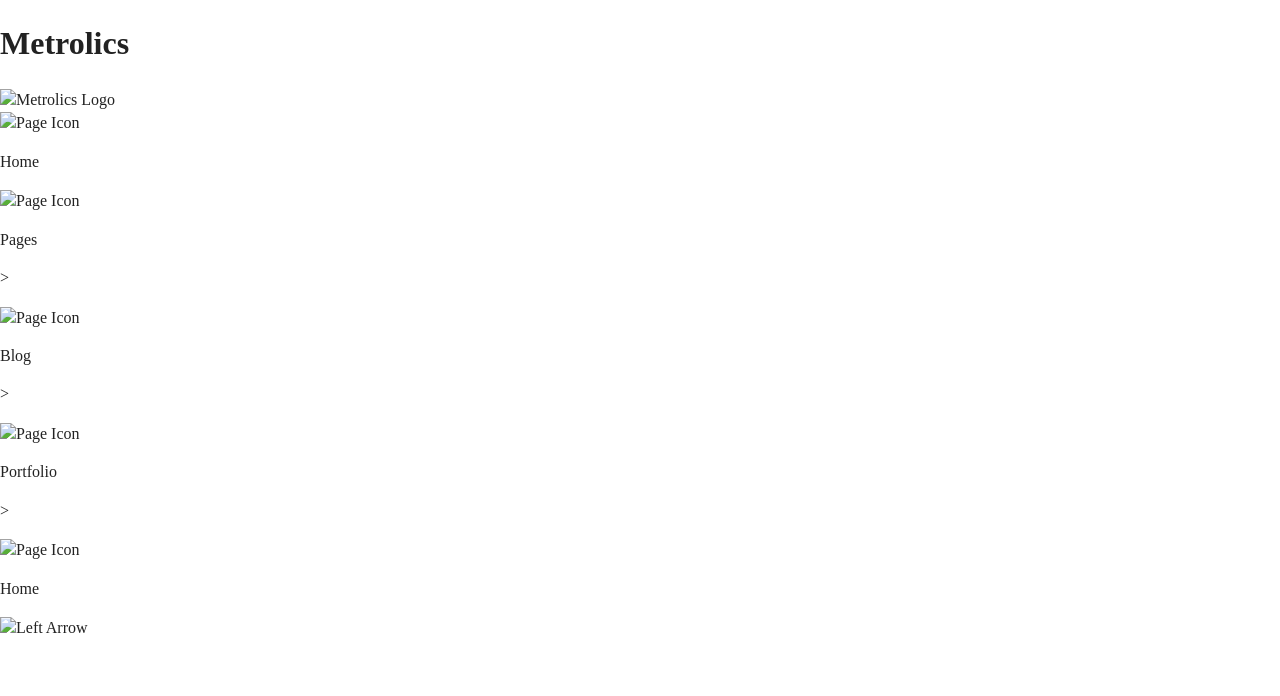
Repository: wilyyy/metrolics
Page: index.html
These files come from the project's save history. The page is drawn as it stood at one moment and after the next save; the edit follows.
The browser window is 1280 px wide. The pictures show the whole page.

Above is the page before, as saved 2021-01-26 22:42:27.

### index.html
<!doctype html>
<html class="no-js" lang="">

<head>
  <meta charset="utf-8">
  <title>Home - Metrolics</title>
  <meta name="description" content="">
  <meta name="viewport" content="width=device-width, initial-scale=1">

  <meta property="og:title" content="">
  <meta property="og:type" content="">
  <meta property="og:url" content="">
  <meta property="og:image" content="">

  <link rel="manifest" href="site.webmanifest">
  <link rel="apple-touch-icon" href="icon.png">
  <!-- Place favicon.ico in the root directory -->

  <link rel="stylesheet" href="css/normalize.css">
  <link rel="stylesheet" href="css/main.css">

  <meta name="theme-color" content="#fafafa">
</head>

<body>

  <nav>
    <div class="logo">
      <h1 class="logo">Metrolics</h1>
      <img src="" alt="Metrolics Logo">
    </div>
    <div class="pages-container">
      <div class="page-button home">
        <img src="" alt="Page Icon" class="page-button-icon">
        <div>
          <p>Home</p>
        </div>
      </div>
      <div class="page-button pages">
        <img src="" alt="Page Icon" class="page-button-icon">
        <div>
          <p>Pages</p>
          <p>></p>
        </div>
      </div>
      <div class="page-button blog">
        <img src="" alt="Page Icon" class="page-button-icon">
        <div>
          <p>Blog</p>
          <p>></p>
        </div>
      </div>
      <div class="page-button portfolio">
        <img src="" alt="Page Icon" class="page-button-icon">
        <div>
          <p>Portfolio</p>
          <p>></p>
        </div>
      </div>

      <div class="page-button home-darkblue">
        <img src="" alt="Page Icon" class="page-button-icon">
        <div>
          <p>Home</p>
        </div>
      </div>
    </div>
  </nav>

  <header>
    <div class="column"></div>
    <div class="hero-image">
      <div class="arrow-containers">
        <div class="arrows">
          <img src="" alt="Left Arrow">
        </div>
      </div>
    </div>
    <div class="column"></div>
  </header>

  <main></main>

  <footer></footer>


  <script src="js/vendor/modernizr-3.11.2.min.js"></script>
  <script src="js/plugins.js"></script>
  <script src="js/main.js"></script>

  <!-- Google Analytics: change UA-XXXXX-Y to be your site's ID. -->
  <script>
    window.ga = function () { ga.q.push(arguments) }; ga.q = []; ga.l = +new Date;
    ga('create', 'UA-XXXXX-Y', 'auto'); ga('set', 'anonymizeIp', true); ga('set', 'transport', 'beacon'); ga('send', 'pageview')
  </script>
  <script src="https://www.google-analytics.com/analytics.js" async></script>
</body>

</html>

### css/main.css
/*! HTML5 Boilerplate v8.0.0 | MIT License | https://html5boilerplate.com/ */

/* main.css 2.1.0 | MIT License | https://github.com/h5bp/main.css#readme */
/*
 * What follows is the result of much research on cross-browser styling.
 * Credit left inline and big thanks to Nicolas Gallagher, Jonathan Neal,
 * Kroc Camen, and the H5BP dev community and team.
 */

/* ==========================================================================
   Base styles: opinionated defaults
   ========================================================================== */

html {
  color: #222;
  font-size: 1em;
  line-height: 1.4;
}

/*
 * Remove text-shadow in selection highlight:
 * https://twitter.com/miketaylr/status/12228805301
 *
 * Vendor-prefixed and regular ::selection selectors cannot be combined:
 * https://stackoverflow.com/a/16982510/7133471
 *
 * Customize the background color to match your design.
 */

::-moz-selection {
  background: #b3d4fc;
  text-shadow: none;
}

::selection {
  background: #b3d4fc;
  text-shadow: none;
}

/*
 * A better looking default horizontal rule
 */

hr {
  display: block;
  height: 1px;
  border: 0;
  border-top: 1px solid #ccc;
  margin: 1em 0;
  padding: 0;
}

/*
 * Remove the gap between audio, canvas, iframes,
 * images, videos and the bottom of their containers:
 * https://github.com/h5bp/html5-boilerplate/issues/440
 */

audio,
canvas,
iframe,
img,
svg,
video {
  vertical-align: middle;
}

/*
 * Remove default fieldset styles.
 */

fieldset {
  border: 0;
  margin: 0;
  padding: 0;
}

/*
 * Allow only vertical resizing of textareas.
 */

textarea {
  resize: vertical;
}

/* ==========================================================================
   Author's custom styles
   ========================================================================== */

/* ==========================================================================
   Helper classes
   ========================================================================== */

/*
 * Hide visually and from screen readers
 */

.hidden,
[hidden] {
  display: none !important;
}

/*
 * Hide only visually, but have it available for screen readers:
 * https://snook.ca/archives/html_and_css/hiding-content-for-accessibility
 *
 * 1. For long content, line feeds are not interpreted as spaces and small width
 *    causes content to wrap 1 word per line:
 *    https://medium.com/@jessebeach/beware-smushed-off-screen-accessible-text-5952a4c2cbfe
 */

.sr-only {
  border: 0;
  clip: rect(0, 0, 0, 0);
  height: 1px;
  margin: -1px;
  overflow: hidden;
  padding: 0;
  position: absolute;
  white-space: nowrap;
  width: 1px;
  /* 1 */
}

/*
 * Extends the .sr-only class to allow the element
 * to be focusable when navigated to via the keyboard:
 * https://www.drupal.org/node/897638
 */

.sr-only.focusable:active,
.sr-only.focusable:focus {
  clip: auto;
  height: auto;
  margin: 0;
  overflow: visible;
  position: static;
  white-space: inherit;
  width: auto;
}

/*
 * Hide visually and from screen readers, but maintain layout
 */

.invisible {
  visibility: hidden;
}

/*
 * Clearfix: contain floats
 *
 * For modern browsers
 * 1. The space content is one way to avoid an Opera bug when the
 *    `contenteditable` attribute is included anywhere else in the document.
 *    Otherwise it causes space to appear at the top and bottom of elements
 *    that receive the `clearfix` class.
 * 2. The use of `table` rather than `block` is only necessary if using
 *    `:before` to contain the top-margins of child elements.
 */

.clearfix::before,
.clearfix::after {
  content: " ";
  display: table;
}

.clearfix::after {
  clear: both;
}

/* ==========================================================================
   EXAMPLE Media Queries for Responsive Design.
   These examples override the primary ('mobile first') styles.
   Modify as content requires.
   ========================================================================== */

@media only screen and (min-width: 35em) {
  /* Style adjustments for viewports that meet the condition */
}

@media print,
  (-webkit-min-device-pixel-ratio: 1.25),
  (min-resolution: 1.25dppx),
  (min-resolution: 120dpi) {
  /* Style adjustments for high resolution devices */
}

/* ==========================================================================
   Print styles.
   Inlined to avoid the additional HTTP request:
   https://www.phpied.com/delay-loading-your-print-css/
   ========================================================================== */

@media print {
  *,
  *::before,
  *::after {
    background: #fff !important;
    color: #000 !important;
    /* Black prints faster */
    box-shadow: none !important;
    text-shadow: none !important;
  }

  a,
  a:visited {
    text-decoration: underline;
  }

  a[href]::after {
    content: " (" attr(href) ")";
  }

  abbr[title]::after {
    content: " (" attr(title) ")";
  }

  /*
   * Don't show links that are fragment identifiers,
   * or use the `javascript:` pseudo protocol
   */
  a[href^="#"]::after,
  a[href^="javascript:"]::after {
    content: "";
  }

  pre {
    white-space: pre-wrap !important;
  }

  pre,
  blockquote {
    border: 1px solid #999;
    page-break-inside: avoid;
  }

  /*
   * Printing Tables:
   * https://web.archive.org/web/20180815150934/http://css-discuss.incutio.com/wiki/Printing_Tables
   */
  thead {
    display: table-header-group;
  }

  tr,
  img {
    page-break-inside: avoid;
  }

  p,
  h2,
  h3 {
    orphans: 3;
    widows: 3;
  }

  h2,
  h3 {
    page-break-after: avoid;
  }
}

### js/plugins.js
// Avoid `console` errors in browsers that lack a console.
(function() {
  var method;
  var noop = function () {};
  var methods = [
    'assert', 'clear', 'count', 'debug', 'dir', 'dirxml', 'error',
    'exception', 'group', 'groupCollapsed', 'groupEnd', 'info', 'log',
    'markTimeline', 'profile', 'profileEnd', 'table', 'time', 'timeEnd',
    'timeline', 'timelineEnd', 'timeStamp', 'trace', 'warn'
  ];
  var length = methods.length;
  var console = (window.console = window.console || {});

  while (length--) {
    method = methods[length];

    // Only stub undefined methods.
    if (!console[method]) {
      console[method] = noop;
    }
  }
}());

// Place any jQuery/helper plugins in here.

Loaded but not shown: css/normalize.css (library); js/vendor/modernizr-3.11.2.min.js (library); js/main.js (no stored copy; drawn as an empty file)

After the next save:
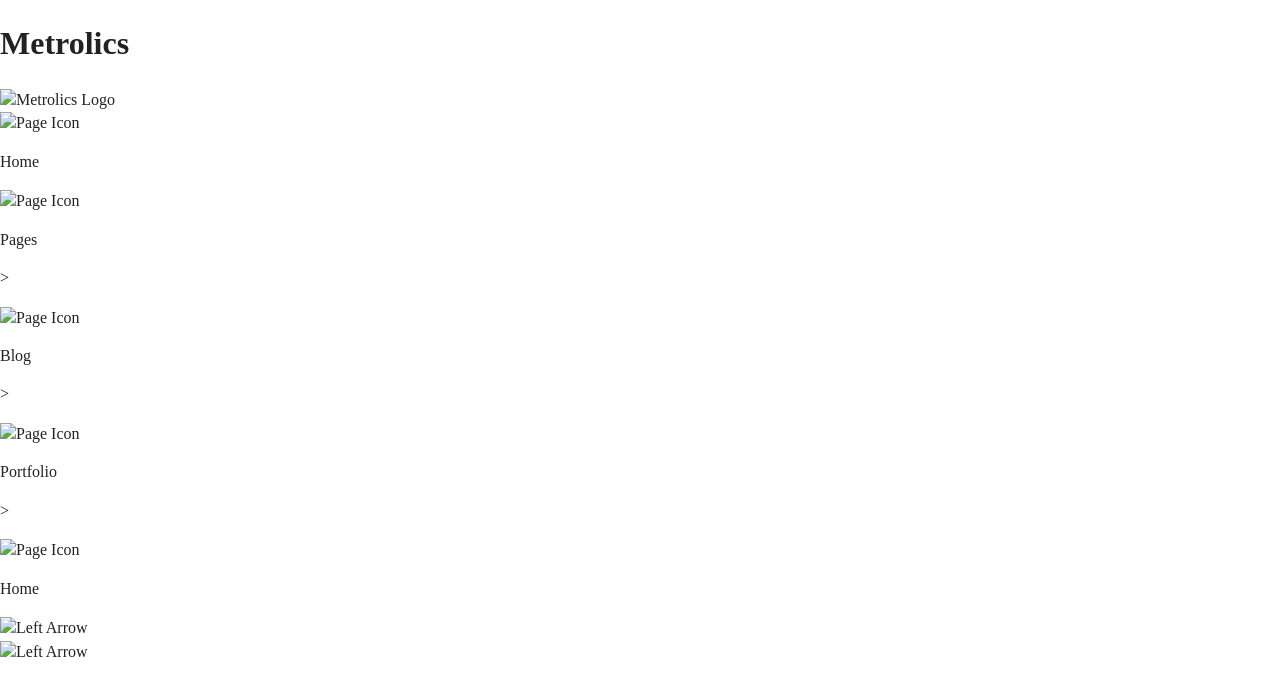
Saved 6 s later.
--- a/index.html
+++ b/index.html
@@ -74,6 +74,9 @@
         <div class="arrows">
           <img src="" alt="Left Arrow">
         </div>
+        <div class="arrows">
+          <img src="" alt="Left Arrow">
+        </div>
       </div>
     </div>
     <div class="column"></div>
